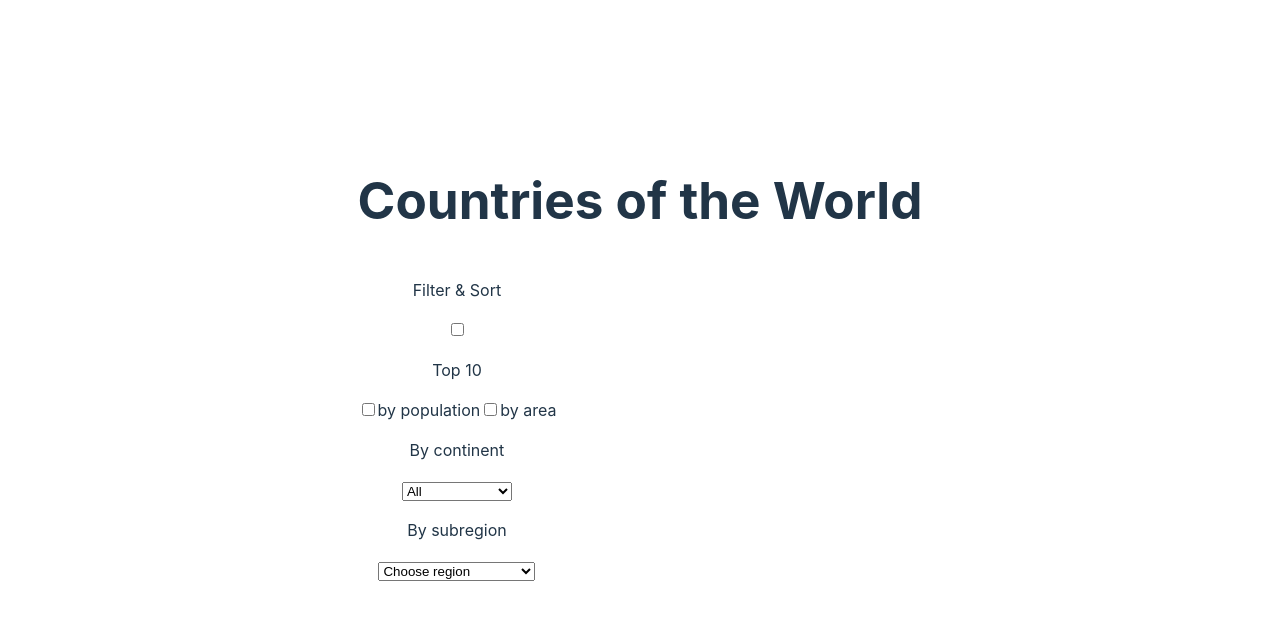
Repository: SamanthaYan298/my_countries
Page: /
These files come from the project's save history. The page is drawn as it stood at one moment and after the next save; the edit follows.
The browser window is 1280 px wide. The pictures show the whole page.
The project was rebuilt for these pictures with package versions that can differ from the ones it lists, and the page was loaded fresh each time. Also part of the build but not shown: vite.config.js.

Above is the page before, as saved 2024-11-04 16:58:06.

### src/App.jsx
import { useState } from 'react'
import './App.css'

function App() {

  return (
    <>
      <h1>Countries of the World</h1>
      <div className="container">
        <div>
          <p>Filter & Sort</p>
          <div className='filters'>
            <div>
              <input type="checkbox"/>
            </div>
            <div>
              <p>Top 10</p>
              <input type="checkbox"/>
              <label htmlFor="by-population">by population</label>
              <input type="checkbox" />
              <label htmlFor="by-area">by area</label>
            </div>
            <div>
              <p>By continent</p>
              <select>
                <option value="All">All</option>
                <option value="Antarctica">Antarctica</option>
                <option value="North America">North America</option>
                <option value="Europe">Europe</option>
                <option value="Africa">Africa</option>
                <option value="Asia">Asia</option>
                <option value="Oceania">Oceania</option>
                <option value="South America">South America</option>
              </select>
            </div>
            <div>
            <p>By subregion</p>
              <select>
                <option value="Choose region">Choose region</option>
                <option value="Caribbean">Caribbean</option>
                <option value="Western Europe">Western Europe</option>
                <option value="Western Africa">Western Africa</option>
                <option value="Central Europ">Central Europ</option>
                <option value="Estern Asia">Estern Asia</option>
                <option value="Polynesia">Polynesia</option>
                <option value="North Africa">North Africa</option>
                <option value="Southern Europe">Southern Europe</option>
                <option value="Southern-Eastern Asia">Southern-Eastern Asia</option>
              </select>
            </div>
          </div>
        </div>
      </div>
    </>
  )
}

export default App

### src/App.css
#root {
  max-width: 1280px;
  margin: 0 auto;
  padding: 2rem;
  text-align: center;
}

.container {
  display: flex;
  flex-direction: row;
}

Loaded but not shown: index.html (common file); src/main.jsx (common file); src/index.css (common file)

After the next save:
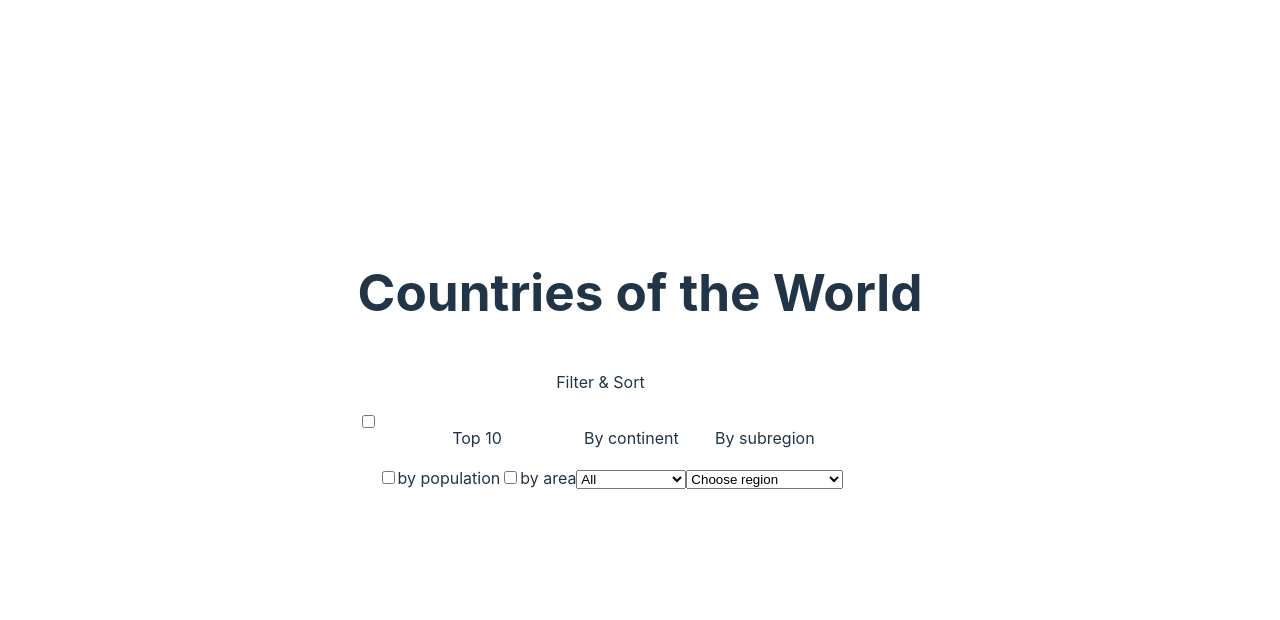
Saved 20 s later.
--- a/src/App.css
+++ b/src/App.css
@@ -9,3 +9,8 @@
   display: flex;
   flex-direction: row;
 }
+
+.filters {
+  display: flex;
+  flex-direction: row;
+}
